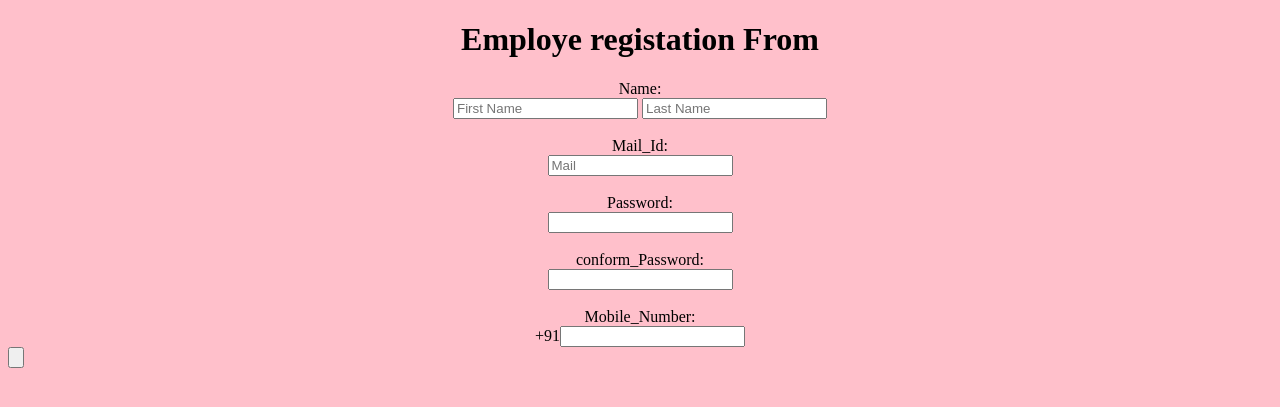
Repository: AbubakarShaik/Java_J2EE_Project
Page: http://localhost/com.testprojectServlet/Registration.jsp
An editor plug-in stored every save of this project. The page is shown before and after the next save, followed by the edit.
The browser window is 1280 px wide. The pictures show the whole page.
The page is served by Tomcat 9. Other server files are loaded and not shown.

Above is the page before, as saved 2016-12-20 17:49:19.
Console error: SyntaxError: Unexpected token '}'

### com.testprojectServlet/WebContent/Registration.jsp
<%@ page language="java" contentType="text/html; charset=ISO-8859-1"
    pageEncoding="ISO-8859-1"%>
<!DOCTYPE html PUBLIC "-//W3C//DTD HTML 4.01 Transitional//EN" "http://www.w3.org/TR/html4/loose.dtd">
<html>
<head>
<meta http-equiv="Content-Type" content="text/html; charset=ISO-8859-1">
<title>Insert title here</title>

<script type="text/javascript">
function validation(){

	var
}


</script>
</head>
<body bgcolor="pink">

<center>
<form action="">
<h1> Employe registation From</h1>

Name:<br><input type="text" name="firstName" placeholder="First Name"> <input type="text" name="LastName"placeholder="Last Name">
<br>

<br>
Mail_Id:<br>
<input type="text" name="Mail Id" placeholder="Mail" >
<br>

<br>
Password:<br>
<input type="text" name="Password">
<br>

<br>
conform_Password:<br>
<input type="text" name="Password">
<br>

<br>
Mobile_Number:<br>
+91<input type="text" name="Number" maxlength="10">
<br>
</center>

<input type="button" name="Submit">

</body>
</html>

After the next save:
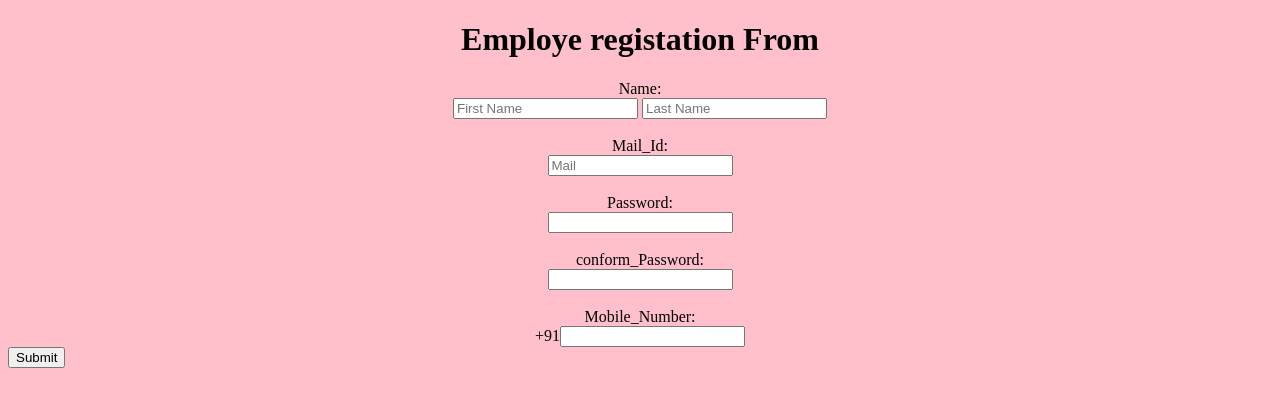
Saved 21 s later.
--- a/com.testprojectServlet/WebContent/Registration.jsp
+++ b/com.testprojectServlet/WebContent/Registration.jsp
@@ -45,7 +45,7 @@ Mobile_Number:<br>
 <br>
 </center>
 
-<input type="button" name="Submit">
-
+<input type="submit" value="Submit">
+</form>
 </body>
 </html>
